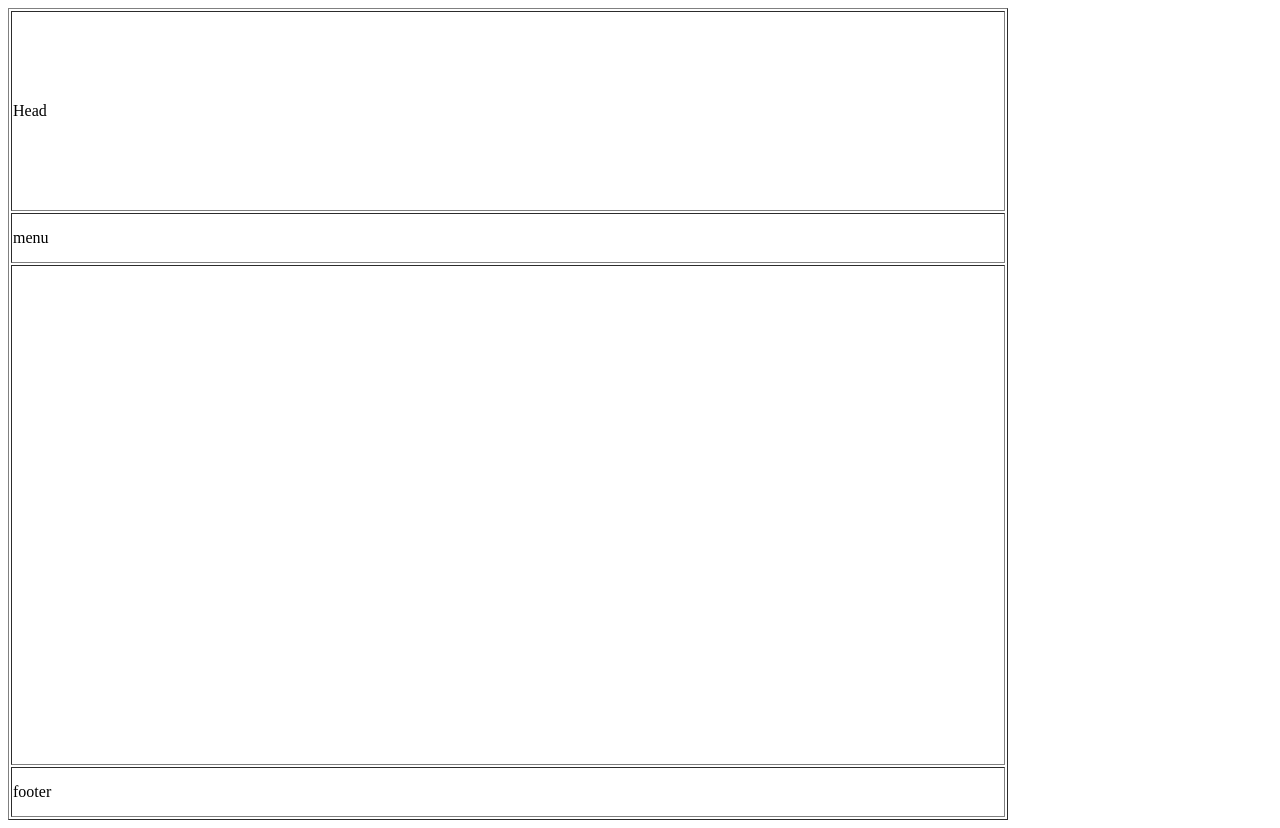
Repository: PraveenRavipati/MyWork
Page: Java/workspaces/office Java WorkScapces/training/javatraining2014/WebContent/NewFile.html
An editor plug-in stored every save of this project. The page is shown before and after the next save, followed by the edit.
The browser window is 1280 px wide. The pictures show the whole page.

Above is the page before, as saved 2014-05-30 09:25:09.

### Java/workspaces/office Java WorkScapces/training/javatraining2014/WebContent/NewFile.html
<!DOCTYPE html PUBLIC "-//W3C//DTD HTML 4.01 Transitional//EN" "http://www.w3.org/TR/html4/loose.dtd">
<html>
<head>
<meta http-equiv="Content-Type" content="text/html; charset=UTF-8">
<title>Insert title here</title>
</head>
<body>
	<table border="1" width="1000">
		<tr height="200">
			<td>Head</td>
		</tr>
		<tr height="50">
			<td>menu</td>
		</tr>
		<tr height="500">
			<td>
				<table>
					<tr>
						<td></td>
					</tr>
					<tr>
						<td></td>
					</tr>
					<tr>
						<td></td>
					</tr>

				</table>

			</td>
		</tr>
		<tr height="50">
			<td>footer</td>
		</tr>
	</table>
</body>
</html>

After the next save:
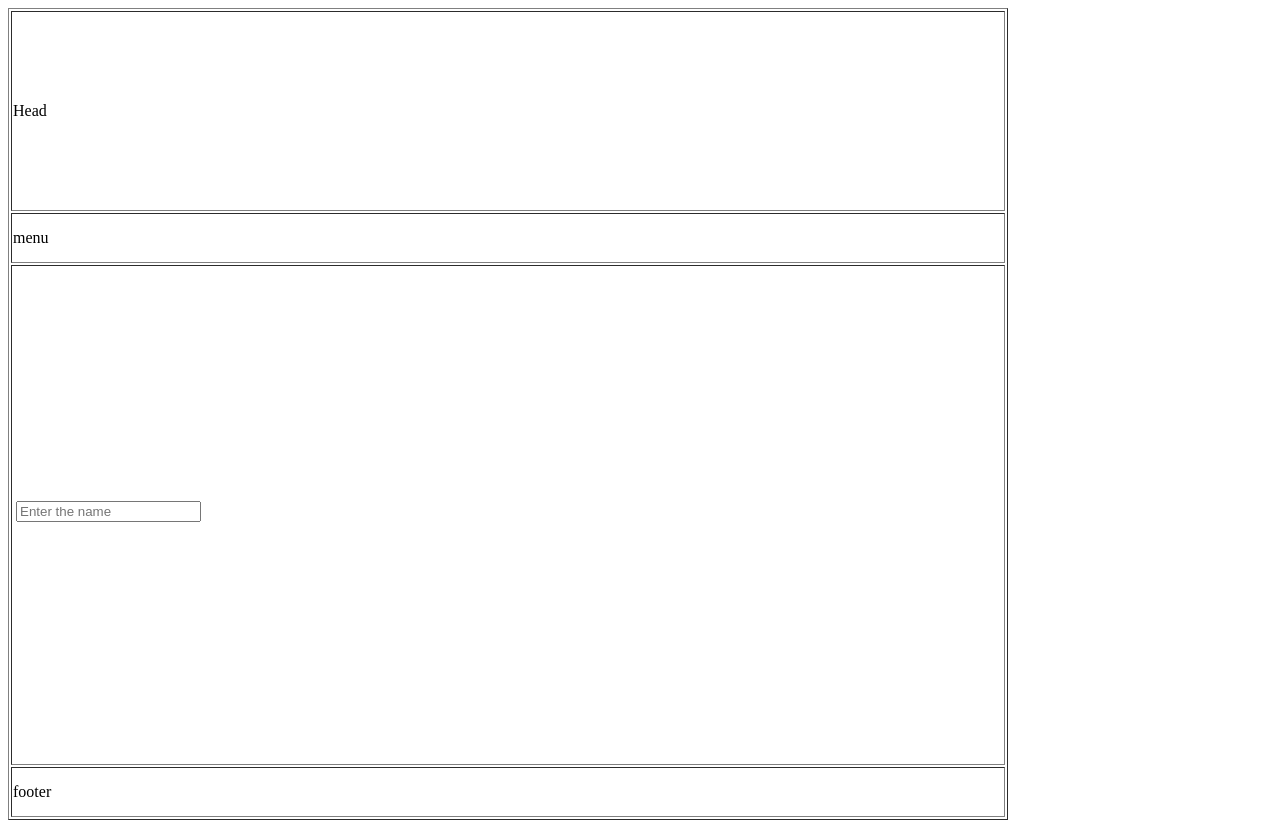
Saved 56 s later.
--- a/Java/workspaces/office Java WorkScapces/training/javatraining2014/WebContent/NewFile.html
+++ b/Java/workspaces/office Java WorkScapces/training/javatraining2014/WebContent/NewFile.html
@@ -16,7 +16,7 @@
 			<td>
 				<table>
 					<tr>
-						<td></td>
+						<td><input type="text" name="name" placeholder="Enter the name"></td>
 					</tr>
 					<tr>
 						<td></td>
